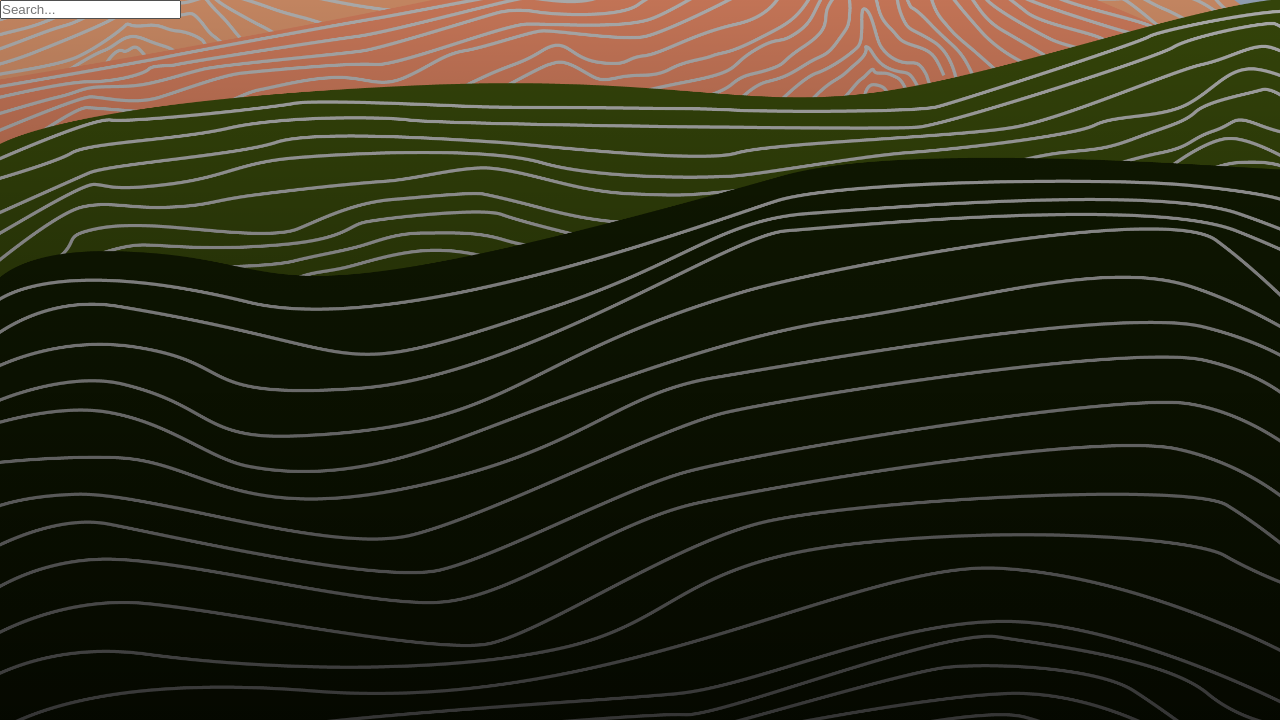
Repository: burntaftermint/weather
Page: /
An editor plug-in stored every save of this project. The page is shown before and after a run of saves, followed by the edit.
The browser window is 1280 px wide. The pictures show the whole page.
The project was rebuilt for these pictures with package versions that can differ from the ones it lists, and the page was loaded fresh each time.

Above is the page before, as saved 2023-11-02 04:33:53.

### src/index.css
* {
  margin: 0;
  padding: 0;
  box-sizing: border-box;
}

body {
  font-family: 'montseratt', sans-seriff;
}

.app {
  background-image: url('./assets/cold-bkg.png');
  background-size: cover;
  background-position: bottom;
  transition: 0.4 ease-out;
}

.app.warm {
  background-image: url('./assets/warm-bkg.png');
}

main {
  min-height: 100vh;
  background-image: linear-gradient(to bottom, rgba(0, 0, 0, 0.2), rgba(0, 0, 0, 0.75));
}

### src/App.js
import React from "react";
const api = {
  key: "aae71886c63e3353f55a2d87e4ab0d82",
  base: "https://api.openweathermap.org/data/2.5"
}
function App() {
  return (
    <div className="app">
      <main>
        <div className="search-box">
          <input
            type="text"
            className="search-bar"
            placeholder="Search..."
          />
        </div>
      </main>
    </div>
  );
}

export default App;

Loaded but not shown: public/index.html (common file); src/index.js (common file); src/reportWebVitals.js (common file)

After the next 2 saves:
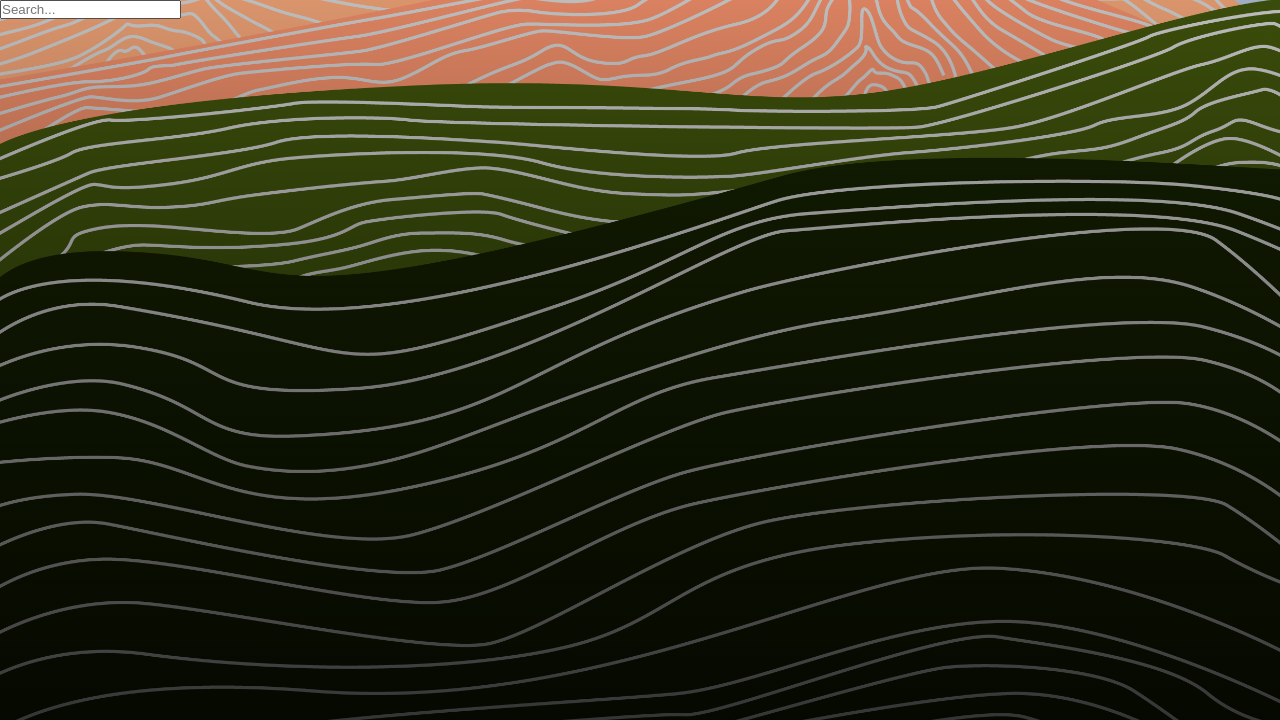
The 2 saves are shown as one change because they came seconds apart.
The last was saved 23 s later.
--- a/src/index.css
+++ b/src/index.css
@@ -21,5 +21,5 @@ body {
 
 main {
   min-height: 100vh;
-  background-image: linear-gradient(to bottom, rgba(0, 0, 0, 0.2), rgba(0, 0, 0, 0.75));
+  background-image: linear-gradient(to bottom, rgba(0, 0, 0, 0.1), rgba(0, 0, 0, 0.75));
 }
